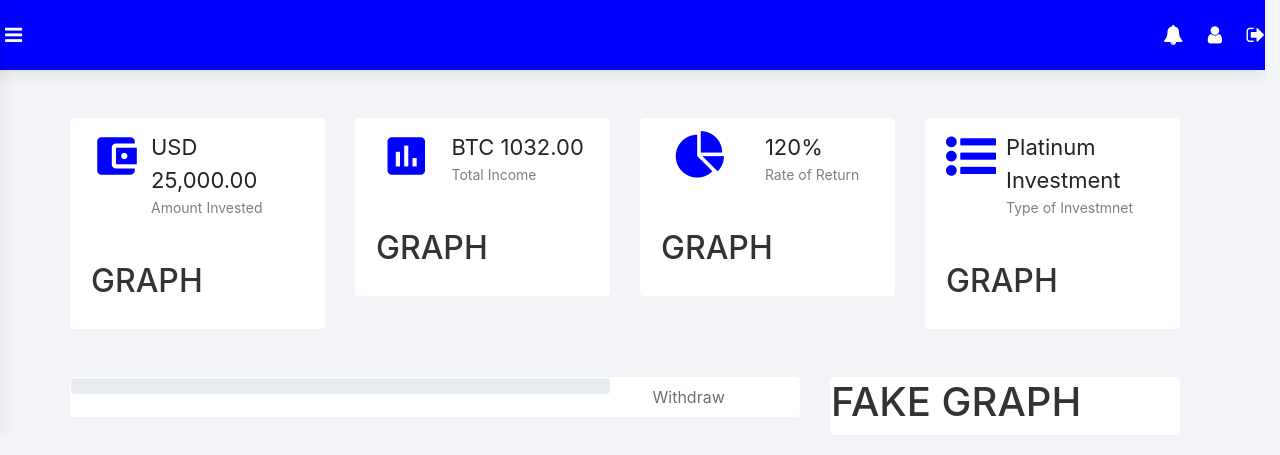
Repository: latenightsnacc/Static-Web-Projects
Page: investment-site/index.html
The author's editor kept a copy of each file at every save. The page is drawn from the files as they stood at one save, then again after the next save.
The browser window is 1280 px wide. The pictures show the whole page.
Some web libraries are served in a nearby version. The style sheet was rebuilt from its Sass, Less or Tailwind sources for each picture, by a compiler version that may differ from the author's.

Above is the page before, as saved 2020-07-29 17:21:12.
Console error: SyntaxError: Function statements require a function name

### investment-site/index.html
<!DOCTYPE html>
<html lang="en">
<head>
    <meta charset="UTF-8">
    <meta name="viewport" content="width=device-width, initial-scale=1.0">
    <link rel="stylesheet" href="https://cdn.jsdelivr.net/npm/uikit@3.5.4/dist/css/uikit.min.css" />
    <!--Bootstrap-->
    <link rel="stylesheet" href="https://stackpath.bootstrapcdn.com/bootstrap/4.5.0/css/bootstrap.min.css" integrity="sha384-9aIt2nRpC12Uk9gS9baDl411NQApFmC26EwAOH8WgZl5MYYxFfc+NcPb1dKGj7Sk" crossorigin="anonymous">
    <!--Font awesome -->
    <link rel="stylesheet" href="https://stackpath.bootstrapcdn.com/font-awesome/4.7.0/css/font-awesome.min.css">
    <!--Google Icons-->
    <link href="https://fonts.googleapis.com/icon?family=Material+Icons" rel="stylesheet">
    <!--Custom Stylesheet-->
    <link rel="stylesheet" href="stylesheet.css">
    <title>Investment Site</title>
</head>
<body>
    <main class="row">
        <!--Sidebar-->
        <div class="sidebar">
            <div class="sideNav-menu">
                <a href="index.html">
                    <img src="#" alt="Logo" />
                </a>
                <ul class="side-menu">
                    <li>
                        <a href="#" class="menu-item">
                            <span class="material-icons">dashboard</span>
                            <span class="menu-link">Dashboard</span>
                        </a>
                    </li>
                    <li>
                        <a href="#" class="menu-item">
                            <span class="material-icons">account_balance_wallet</span>
                            <span class="menu-link">Investment</span>
                        </a>
                    </li>
                    <li>
                        <a href="#" class="menu-item">
                            <span class="material-icons">add_shopping_cart</span>
                            <span class="menu-link">Withdrawal</span>
                        </a>
                    </li>
                    <li>
                        <a href="#" class="menu-item">
                            <span class="material-icons">payment</span>
                            <span class="menu-link">Transaction</span>
                        </a>
                    </li>
                    <li>
                        <a href="#" class="menu-item">
                            <span class="material-icons">account_box</span>
                            <span class="menu-link">Profile</span>
                        </a>
                    </li>
                    <li>
                        <a href="#" class="menu-item">
                            <span class="material-icons">verified_user</span>
                            <span class="menu-link">Verification</span>
                        </a>
                    </li>
                    <li>
                        <a href="#" class="menu-item">
                            <span class="material-icons">contact_support</span>
                            <span class="menu-link">Contact us</span>
                        </a>
                    </li>
                </ul>
            </div>
        </div>
        <!--Main-->
        <div class="main-content" id="main">
            <!--Header-->
            <div class="header">
                <div class="menu">
                    <button class="icon" id="menu-icon">
                        <i class="fa fa-bars"></i>
                    </button>
                    <div class="other-icons">
                        <button class="icon">
                            <i class="fa fa-bell"></i>
                        </button>
                        <button class="icon">
                            <i class="fa fa-user"></i>
                        </button>
                        <button class="icon">
                            <i class="fa fa-sign-out"></i>
                        </button>
                    </div>
                </div>
            </div>

            <!--Summary Cards-->
            <div class="container">
                <div class="row mt-5">
                    <div class="col-sm-12 col-md-3 col-lg-3">
                        <div class="card">
                            <div class="card-header">
                                <span class="material-icons sc-icon">account_balance_wallet</span>
                                <div class="card-title">USD 25,000.00
                                    <span>Amount Invested</span>
                                </div>
                            </div>
                            <div class="card-body">
                                <h2>GRAPH</h2>
                            </div>
                        </div>
                    </div>
                    <div class="col-sm-12 col-md-3 col-lg-3">
                        <div class="card">
                            <div class="card-header">
                                <span class="material-icons sc-icon">assessment</span>
                                <div class="card-title">BTC 1032.00
                                    <span>Total Income</span>
                                </div>
                            </div>
                            <div class="card-body">
                                <h2>GRAPH</h2>
                            </div>
                        </div>
                    </div>
                    <div class="col-sm-12 col-md-3 col-lg-3">
                        <div class="card">
                            <div class="card-header">
                                <span class="fa fa-pie-chart sc-icon"></span>
                                <div class="card-title">120%
                                    <span>Rate of Return</span>
                                </div>
                            </div>
                            <div class="card-body">
                                <h2>GRAPH</h2>
                            </div>
                        </div>
                    </div>
                    <div class="col-sm-12 col-md-3 col-lg-3">
                        <div class="card">
                            <div class="card-header">
                                <span class="fa fa-list-ul sc-icon"></span>
                                <div class="card-title">Platinum Investment
                                    <span>Type of Investmnet</span>
                                </div>
                            </div>
                            <div class="card-body">
                                <h2>GRAPH</h2>
                            </div>
                        </div>
                    </div>
                </div>
            </div>

            <div class="container">
                <div class="row mt-5">
                    <div class="col-sm-12 col-md-8 col-lg-8">
                        <div class="card">
                            <div class="row card-container">
                                <div class="col-sm-9 col-md-9 col-lg-9">
                                    <div class="progress">
                                        <div class="progress-bar" role="progressbar" aria-valuenow="0" aria-valuemin="30" aria-valuemax="100"></div>
                                    </div>
                                </div>
                                <div class="col-sm-3 col-md-3 col-lg-3">
                                    <div class="btnBox">
                                        <button class="btn btn-default disabled">Withdraw</button>
                                    </div>
                                </div>
                            </div>
                        </div>
                    </div>
                    <div class="col-sm-12 col-md-4 col-lg-4">
                        <div class="card">
                            <h1>FAKE GRAPH</h1>
                        </div>
                    </div>
                </div>
            </div>

        </div>
    </main>
    <script src="https://code.jquery.com/jquery-3.5.1.slim.min.js" integrity="sha384-DfXdz2htPH0lsSSs5nCTpuj/zy4C+OGpamoFVy38MVBnE+IbbVYUew+OrCXaRkfj" crossorigin="anonymous"></script>
    <script src="https://cdn.jsdelivr.net/npm/popper.js@1.16.0/dist/umd/popper.min.js" integrity="sha384-Q6E9RHvbIyZFJoft+2mJbHaEWldlvI9IOYy5n3zV9zzTtmI3UksdQRVvoxMfooAo" crossorigin="anonymous"></script>
    <script src="https://stackpath.bootstrapcdn.com/bootstrap/4.5.0/js/bootstrap.min.js" integrity="sha384-OgVRvuATP1z7JjHLkuOU7Xw704+h835Lr+6QL9UvYjZE3Ipu6Tp75j7Bh/kR0JKI" crossorigin="anonymous"></script>
    <script src="https://cdnjs.cloudflare.com/ajax/libs/jquery/3.5.1/jquery.min.js"></script>
    <script src="main.js"></script>
</body>
</html>

### investment-site/main.js
$("#menu-icon").click(function(){
    function() {
        $('#B').css('left', '0')
    }, function() {
        $('#B').css('left', '200px')
    })
  });

### investment-site/stylesheet.scss
@import 'variables';

*{
    margin: 0;
    padding: 0;
    box-sizing: border-box;
    list-style: none;

    a {
        &:hover {
            text-decoration: none;
        }
    }
}

body,html {
    background-color: $bG;
    position: relative;
    overflow-x: hidden;
}

.main-content {
    width: 100vw;
    overflow-x: hidden;
}
.header {
    background-color: $blue;
    box-shadow: $bS;
    min-width: 100%;
    margin: 0;

}
.sidebar {
    height: 100vh;
    width: 100%;
    box-shadow: $bS;
    width: 200px;
    background-color: $bG;
    position: absolute;
    top: 0;
    left: -200px;

}
.menu {
    display: flex;
    width: 100%;
    justify-content: space-between;
    align-items: center;
    height: 70px;
}

.icon {
    background-color: transparent;
    border: none;
    color: white;
    font-size: 20px;
    margin-left: 20px;
}

.sc-icon {
    font-size: 50px;
    color: $blue;
}

.card {
    border: 1px solid $white;
    .card-header{
        background-color: $white !important;
        border: none;
        display: flex;
        justify-content: space-around;
        align-items: flex-start;
    }
    .card-title {
        display: flex;
        flex-direction: column;
        font-size: 22px;
        padding-left: 10px;
        span {
            font-size: 14px;
            color: grey;
        }
    }


}

### investment-site/_variables.scss
$bS: 0 5px 15px rgba(0,0,0,0.08);
$blue: blue;
$bG: #f3f4f7;
$white: #fff;

After the next save:
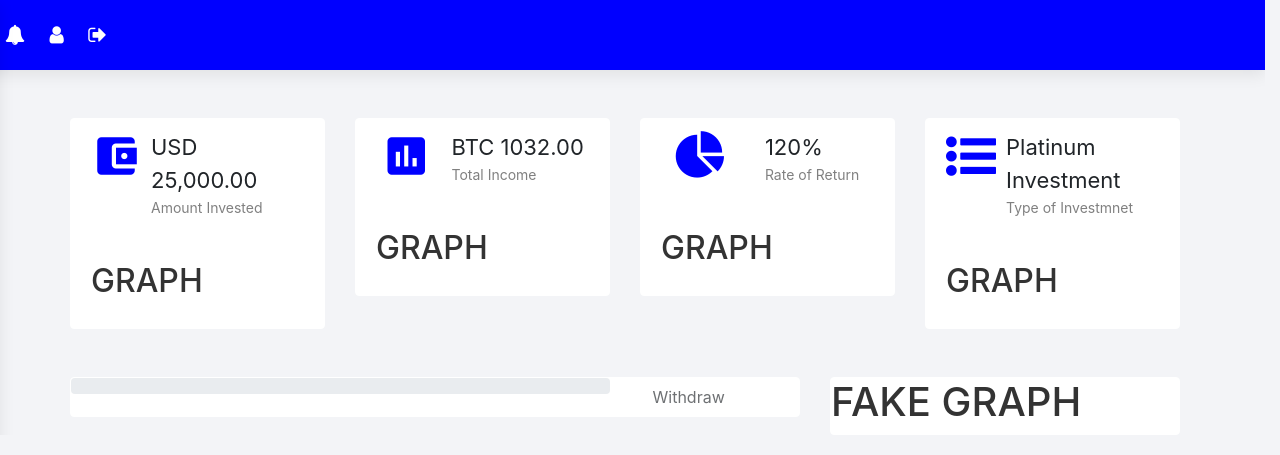
The error is gone.
Saved 74 s later.
--- a/investment-site/main.js
+++ b/investment-site/main.js
@@ -1,7 +1,7 @@
-$("#menu-icon").click(function(){
+$('#menu-icon').toggle(
     function() {
-        $('#B').css('left', '0')
+        $('#side-nav').css('left', '0')
     }, function() {
-        $('#B').css('left', '200px')
-    })
-  });
+        $('#side-nav').css('left', '200px')
+    }
+)
